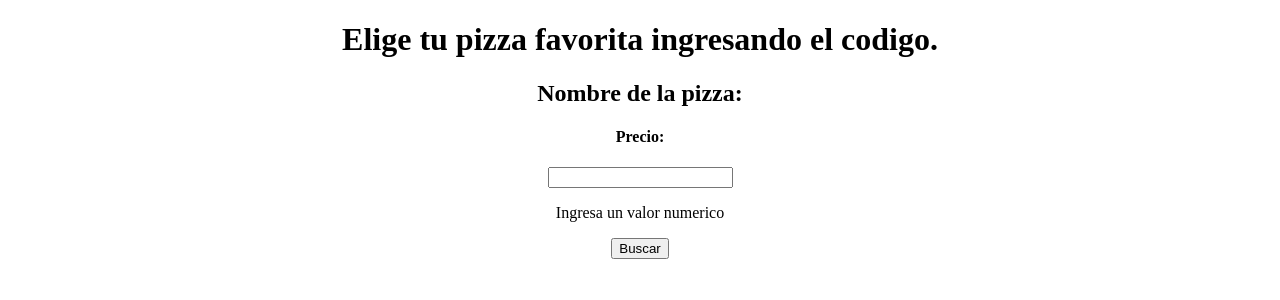
Repository: lucas-itup/E1-JAVASCRIPT
Page: index.html
An editor plug-in stored every save of this project. The page is shown before and after the next save, followed by the edit.
The browser window is 1280 px wide. The pictures show the whole page.

Above is the page before, as saved 2022-09-11 20:31:22.

### index.html
<!DOCTYPE html>
<html lang="en">

<head>
    <meta charset="UTF-8">
    <meta http-equiv="X-UA-Compatible" content="IE=edge">
    <meta name="viewport" content="width=device-width, initial-scale=1.0">

    <title>E1-JAVASCRIPT</title>
</head>

<body>
    <div id="listado-pizzas" style="text-align: center;">
        <div>
            <h1>Elige tu pizza favorita ingresando el codigo.</h1>

            <h2>Nombre de la pizza: <span id="nombre-pizza"> </span></h2>
            <h4>Precio: <span id="precio-pizza"></span></h4>
        </div>
        <div>
            <input type="number" value="" id="value-id">
            <p class="text-danger">Ingresa un valor numerico</p>
            <button onclick="buscarPizza()" type="button">Buscar</button>
        </div>
    </div>
    <script src="/assets/index.js"></script>
</body>

</html>

### assets/index.js
let pizza1 = {
    id: '1',
    nombre: 'Muzarella',
    ingredientes: [
        'tomate', 'muzarella', 'oregano'
    ],
    precio: '600'
}
let pizza2 = {
    id: '2',
    nombre: 'Napolitana',
    ingredientes: [
        'jamon', 'huevo', 'queso'
    ],
    precio: '300'
}
let pizza3 = {
    id: '3',
    nombre: 'Americana',
    ingredientes: [
        'huevoFrito', 'peperoni', 'roquefort'
    ],
    precio: '200'
}
let pizza4 = {
    id: '4',
    nombre: 'Rucula',
    ingredientes: [
        'verduras', 'palmito', 'especias'
    ],
    precio: '500'
}
let pizza5 = {
    id: '5',
    nombre: 'Especial',
    ingredientes: [
        'salsa', 'harina', 'crema'
    ],
    precio: '800'
}
let pizza6 = {
    id: '6',
    nombre: 'DE_LA_CASA',
    ingredientes: [
        'anchoas', 'pimientos', 'hongos'
    ],
    precio: '900'
}

let pizzas = [pizza1, pizza2, pizza3, pizza4, pizza5, pizza6]
let listado = document.getElementById('listado-pizzas');

const buscarPizza = () => {
    let valueid = document.getElementById('value-id').value;
    var precioPizza = document.getElementById('precio-pizza');
    var found = pizzas.find(function(post, index) {
        if (post.id == valueid)
            precioPizza.textContent = post.precio;

    });

}

After the next save:
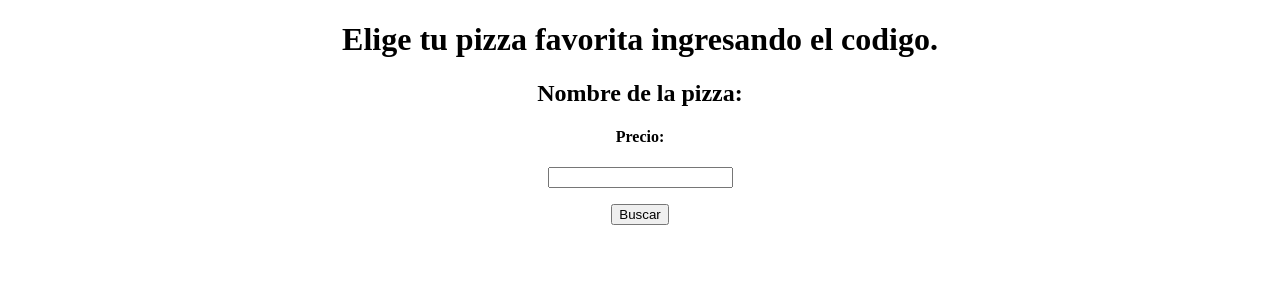
Saved 52 s later.
--- a/index.html
+++ b/index.html
@@ -19,7 +19,7 @@
         </div>
         <div>
             <input type="number" value="" id="value-id">
-            <p class="text-danger">Ingresa un valor numerico</p>
+            <p id="input-vacio"> </p>
             <button onclick="buscarPizza()" type="button">Buscar</button>
         </div>
     </div>
